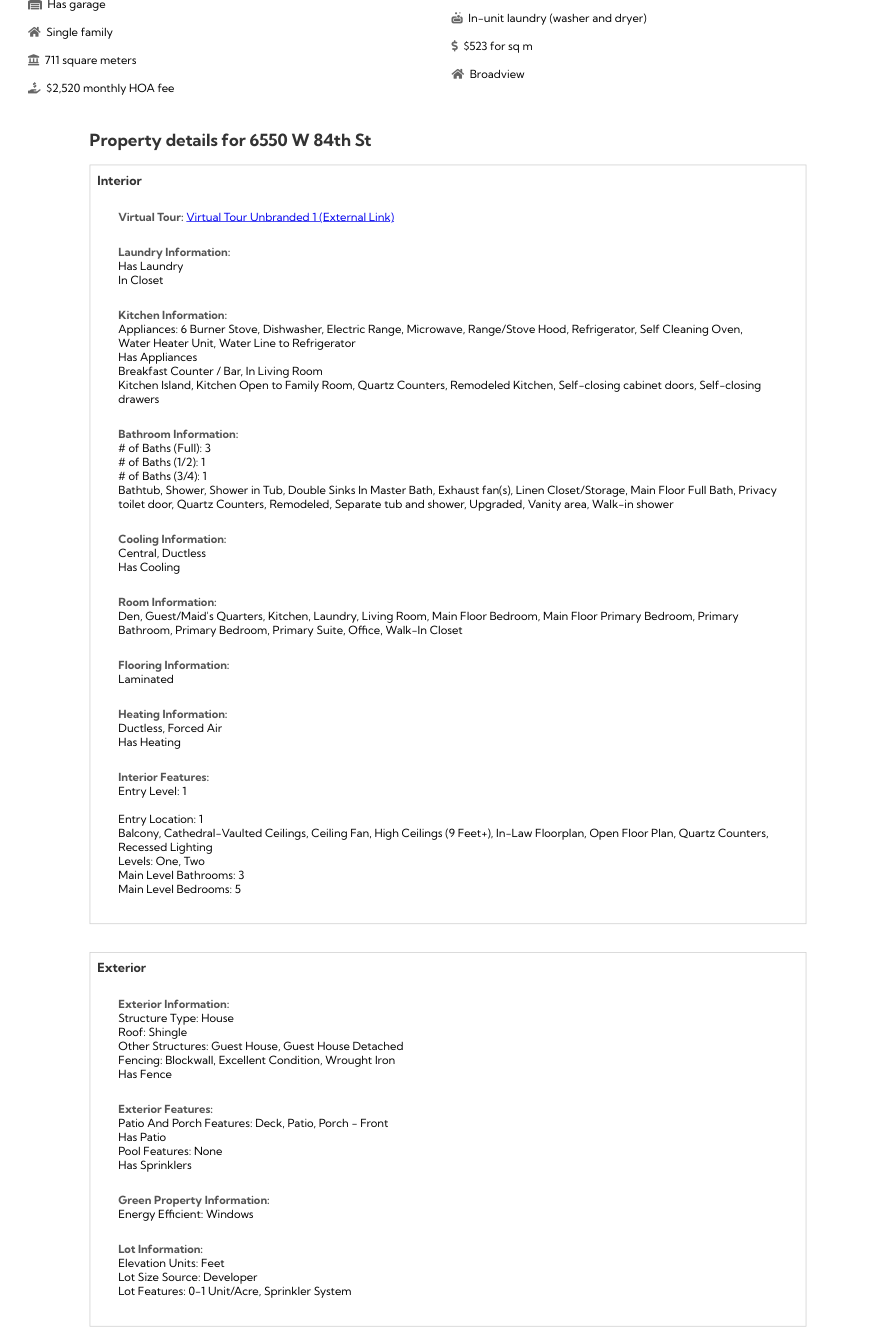
Repository: MrAllin1/ProgWWW_23_Gr1
Page: pages/House2.html
An editor plug-in stored every save of this project. The page is shown before and after the next save, followed by the edit.
The browser window is 1280 px wide. The pictures show the part of the page from y = 983 to 2903 px (the page is 3688 px tall before and 3953 px after), at 70% of full size.
A picture or video elsewhere on the page could not be fetched, so the positions and the page height are approximate. Some web libraries are served in a nearby version.

Above is the page before, as saved 2024-01-11 10:46:36.

After the next save:
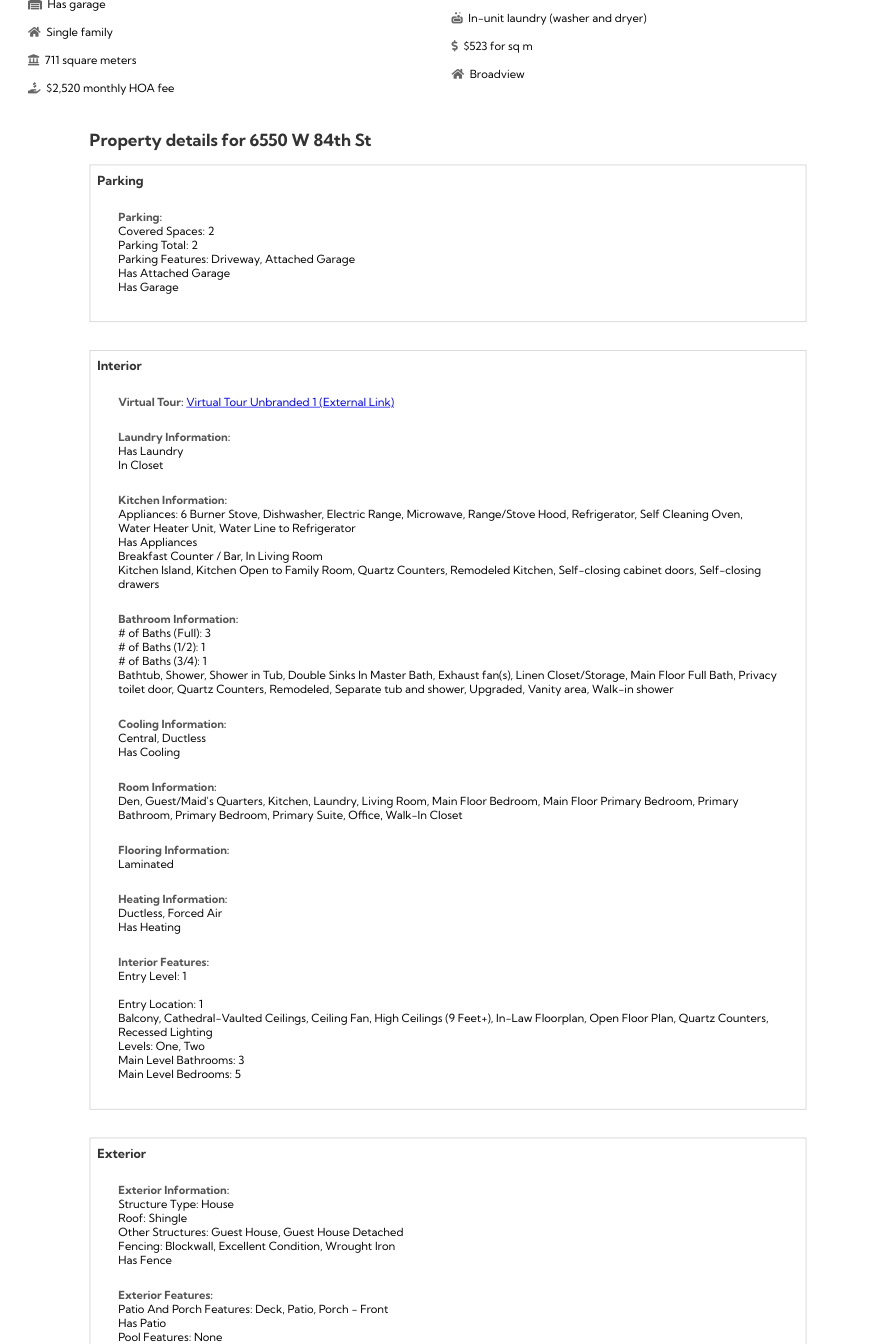
Saved 30 s later.
--- a/pages/House2.html
+++ b/pages/House2.html
@@ -130,6 +130,21 @@
 
     <div class="container">
         <h1>Property details for 6550 W 84th St</h1>
+        <div class="details">
+            <div class="section">
+                <h2>Parking</h2>
+                <ul>
+                    <li>
+                        <strong>Parking:</strong><br>
+                        Covered Spaces: 2<br>
+                        Parking Total: 2<br>
+                        Parking Features: Driveway, Attached Garage<br>
+                        Has Attached Garage<br>
+                        Has Garage
+                    </li>
+                </ul>
+            </div>
+        </div>
 
         <div class="details">
             <div class="section">
